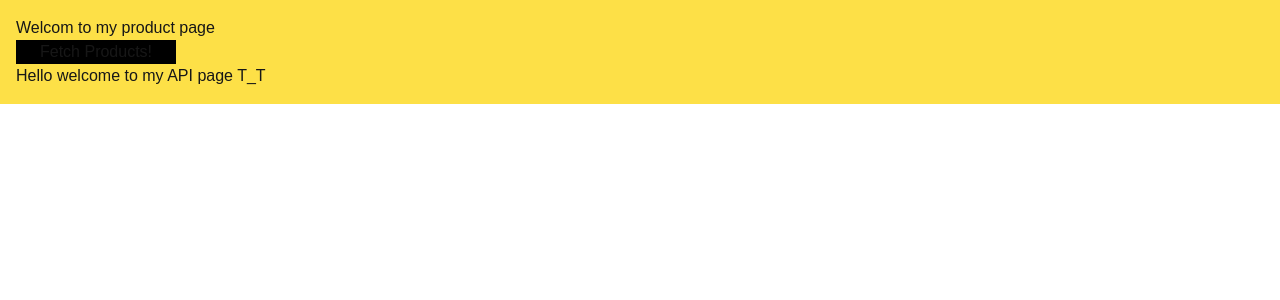
Repository: MelissaJacobi/mdia-3126
Page: /api (app in webapp-lab06/)
An editor plug-in stored every save of this project. The page is shown before and after a run of saves, followed by the edit.
The browser window is 1280 px wide. The pictures show the whole page.
The project was rebuilt for these pictures with package versions that can differ from the ones it lists, and the page was loaded fresh each time. The framework's server and built-in components were replaced by stand-ins that run in the browser. Also part of the build but not shown: webapp-lab06/next.config.mjs.

Above is the page before, as saved 2024-10-08 14:40:30.

After the next 3 saves:
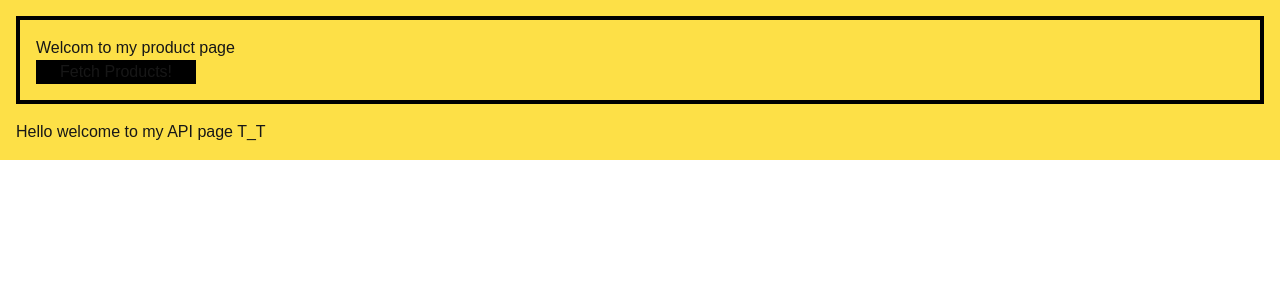
The 3 saves are shown as one change because 2 did not build or start.
The last was saved 87 s later.
--- a/webapp-lab06/src/app/api/page.js
+++ b/webapp-lab06/src/app/api/page.js
@@ -6,9 +6,11 @@ const DATA_URL = "https://mdn.github.io/learning-area/javascript/apis/fetching-d
 export default function Page() {
     return(
         <div className="p-4 bg-yellow-300">
-            <header>
+            <header className="border-4 border-black p-4 mb-4">
                 <h1>Welcom to my product page</h1>
-                <button className="border-neutral-200 bg-black px-6">Fetch Products!</button>
+                <button className="border-neutral-200 bg-black px-6"
+                //onClick={}
+                >Fetch Products!</button>
             </header>
             Hello welcome to my API page T_T
         </div>
